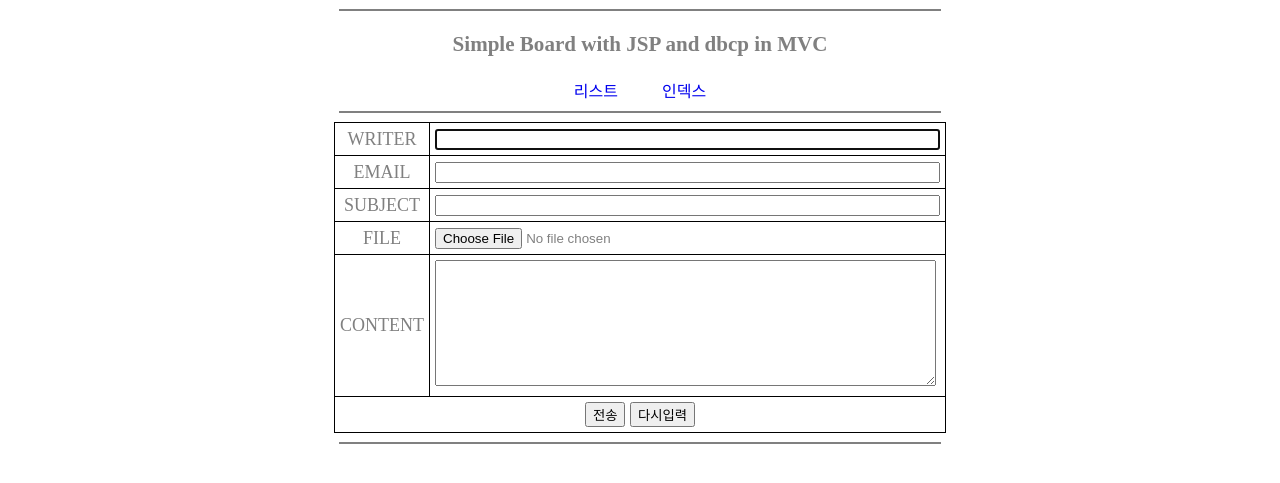
Repository: betweenhj702/Web-App-Server-Practices
Page: http://localhost/MvcPj/sm_file/write_jsp.jsp
These files come from the project's save history. The page is drawn as it stood at one moment and after the next save; the edit follows.
The browser window is 1280 px wide. The pictures show the whole page.
The page is served by Tomcat 9. Other server files are loaded and not shown.

Above is the page before, as saved 2021-01-06 16:32:33.

### workspace/MvcPj/WebContent/sm_file/write_jsp.jsp
<%@page contentType="text/html;charset=utf-8"%>
<!DOCTYPE html>
<html>
  <head>
    <meta charset="utf-8">
    <title>Simple Board with FILE in MVC</title>
    <style>
		table, th, td {
		   border: 1px solid black;
		   border-collapse: collapse;
		}
		th, td {
		   padding: 5px;
		}
		a { text-decoration:none }
	</style>
	<script src="../js/check.js"></script>
	<script language="javascript">
	   function check()
	   {
	       for(var i=0; i<document.input.elements.length; i++)
		   {
		      var inputElem = document.input.elements[i]
			  if(inputElem.value == "")
			  {
			     alert("모든 값을 입력 하셔야 합니다. ");
				 return false;
			  }
		   }
			var writerval = input.writer.value;
			writerval = trim(writerval);
			pass = checkByteLen(writerval, 21);
			if(!pass){
				alert("이름 7자이하");
				input.writer.focus();
				return false;
			}
			var emailval = input.email.value;
			emailval = trim(emailval);
			pass = checkByteLen(emailval, 30);
			if(!pass){
				alert("이메일 10자이하");
				input.email.focus();
				return false;
			}
			var subjectval = input.subject.value;
			subjectval = trim(subjectval);
			pass = checkByteLen(subjectval, 30);
			if(!pass){
				alert("제목 10자이하");
				input.subject.focus();
				return false;
			}
			var contentval = input.content.value;
			contentval = trim(contentval);
			pass = checkByteLen(contentval, 600);
			if(!pass){
				alert("글 200자이하");
				input.writer.focus();
				return false;
			}
		   document.input.submit();
       }
	</script>
  </head>
  <body onload="input.writer.focus()">
	<font color="gray" size='4' face="휴먼편지체">
    <center>
	   <hr width="600" size='2' color="gray" noshade>
	      <h3> Simple Board with JSP and dbcp in MVC</h3>
		  	<font color="gray" size="3" face="휴먼편지체">
			<a href='sm.do'>리스트</a>
			&nbsp;&nbsp;&nbsp;&nbsp;&nbsp;&nbsp;&nbsp;&nbsp;&nbsp;
			<a href='../'>인덱스</a>
			</font>
	   <hr width="600" size="2" color="gray" noshade>
	</center>

	<form name="input" method="post" action="sm.do?m=insert" enctype="multipart/form-data">
	   <table border="0" width="600" align="center"  cellpadding="3" cellspacing="1" bordercolor="gray">
	      <tr>
		     <td width="30%" align="center">WRITER</td>
			 <td><input type="text" name="writer" size="60"></td>
		  </tr>
		  <tr>
		     <td align="center">EMAIL</td>
			 <td><input type="text" name="email" size="60"></td>
		  </tr>
          <tr>
		     <td align="center">SUBJECT</td>
			 <td><input type="text" name="subject" size="60"></td>
		  </tr>
		  <tr>
		     <td align="center">FILE</td>
			 <td> <input type="file" name="fname"></td>
		  </tr>
		  <tr>
		     <td align="center">CONTENT</td>
			 <td><textarea  name="content" style="width:98%" rows="8" cols="60"></textarea></td>
		  </tr>
		  <tr>
		     <td colspan="2" align="center">
			    <input type="button" value="전송" onclick="check()">
				<input type="reset" value="다시입력" onclick="input.writer.focus()">
			 </td>
		  </tr>
	   </table>
	   <hr width="600" size="2" color="gray" noshade>
	</form>
	</font>
  </body>
</html>

### workspace/MvcPj/WebContent/js/check.js
function trim(str){
	while(str && str.indexOf(" ") == 0)
		str = str.substring(1);
	while(str && str.lastIndexOf(" ") == str.length-1)
		str = str.substring(0, str.length-1);
	return str;
}
function checkByteLen(str, size){
	var byteLen = getByteLen(str);
	if(byteLen <= size){
		return true;
	}else{
		return false;
	}
}
function getByteLen(str){
	return str.replace(/[\0-\x7f]|([0-\u07ff]|(.))/g,"$&$1$2").length;
}

After the next save:
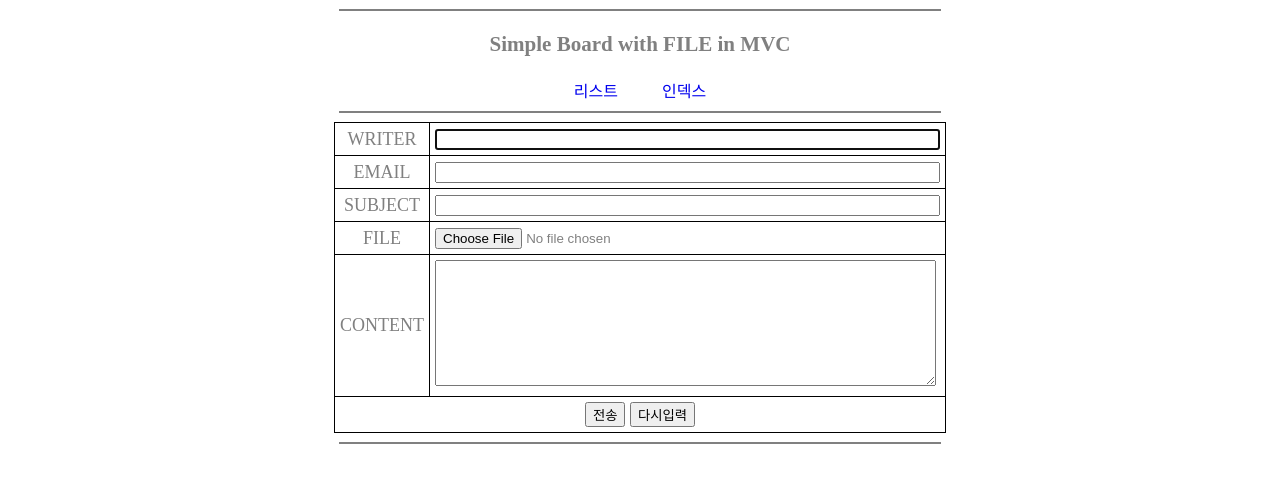
Saved 17 s later.
--- a/workspace/MvcPj/WebContent/sm_file/write_jsp.jsp
+++ b/workspace/MvcPj/WebContent/sm_file/write_jsp.jsp
@@ -67,7 +67,7 @@
 	<font color="gray" size='4' face="휴먼편지체">
     <center>
 	   <hr width="600" size='2' color="gray" noshade>
-	      <h3> Simple Board with JSP and dbcp in MVC</h3>
+	      <h3> Simple Board with FILE in MVC</h3>
 		  	<font color="gray" size="3" face="휴먼편지체">
 			<a href='sm.do'>리스트</a>
 			&nbsp;&nbsp;&nbsp;&nbsp;&nbsp;&nbsp;&nbsp;&nbsp;&nbsp;
